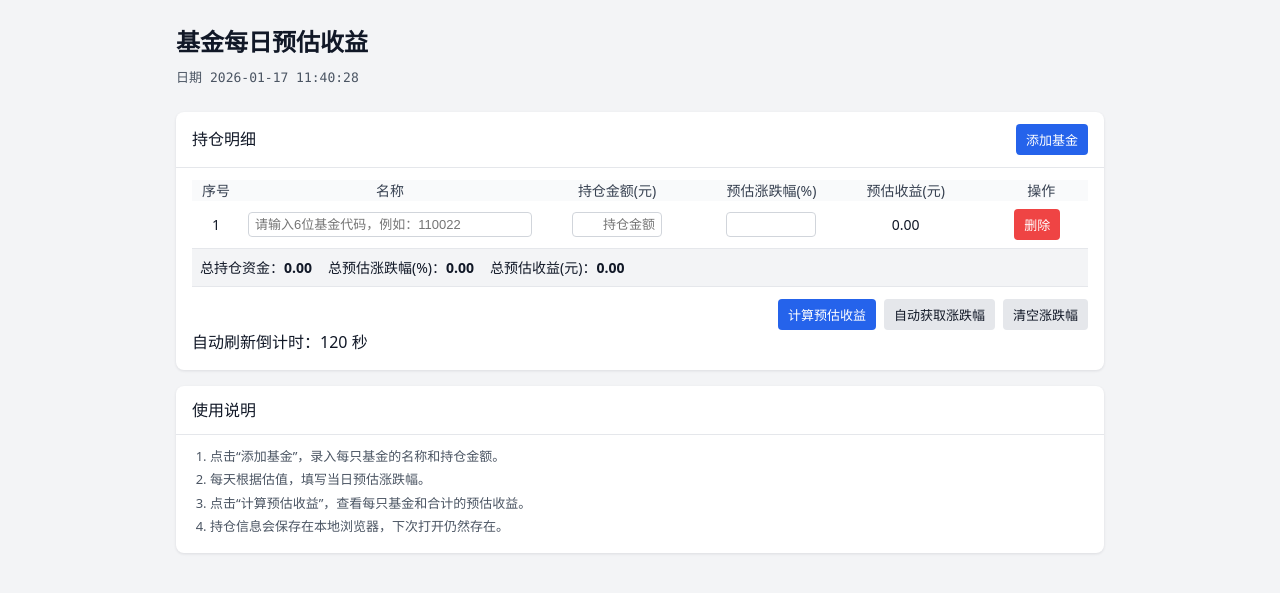
Repository: zt-boom/finance
Page: index.html
These files come from the project's save history. The page is drawn as it stood at one moment and after the next save; the edit follows.
The browser window is 1280 px wide. The pictures show the whole page.

Above is the page before, as saved 2026-01-17 14:05:38.

### index.html
<!DOCTYPE html>
<html lang="zh-CN">
<head>
<meta charset="UTF-8">
<title>基金每日预估收益</title>
<meta name="viewport" content="width=device-width,initial-scale=1">
<link rel="stylesheet" href="./style.css">
</head>
<body>
<div class="app">
<header class="app-header">
<h1>基金每日预估收益</h1>
<div class="date-row">
<span>日期</span>
<span id="current-date"></span>
</div>
</header>
<main class="app-main">
<section class="card">
<div class="card-header">
<h2>持仓明细</h2>
<button id="add-fund-btn" class="primary-button">添加基金</button>
</div>
<div class="card-body">
<div class="table-wrapper">
<table class="fund-table">
<thead>
<tr>
<th class="index-col">序号</th>
<th>名称</th>
<th>持仓金额(元)</th>
<th>预估涨跌幅(%)</th>
<th>预估收益(元)</th>
<th>操作</th>
</tr>
</thead>
<tbody id="fund-table-body"></tbody>
<tfoot>
<tr class="summary-row">
<td colspan="6">
<div class="summary-items">
<div class="summary-left">
<span>总持仓资金：<strong id="total-amount">0.00</strong></span>
<span>总预估涨跌幅(%)：<strong id="total-percent">0.00</strong></span>
<span>总预估收益(元)：<strong id="total-profit">0.00</strong></span>
</div>
</div>
</td>
</tr>
</tfoot>
</table>
</div>
<div class="actions-row">
<button id="calculate-btn" class="primary-button">计算预估收益</button>
<button id="fetch-percent-btn" class="secondary-button">自动获取涨跌幅</button>
<button id="reset-percentage-btn" class="secondary-button">清空涨跌幅</button>
</div>
<div class="auto-refresh-info">
<span>自动刷新倒计时：<span id="auto-refresh-countdown">120</span> 秒</span>
</div>
</div>
</section>
<section class="card">
<div class="card-header">
<h2>使用说明</h2>
</div>
<div class="card-body instructions">
<ol>
<li>点击“添加基金”，录入每只基金的名称和持仓金额。</li>
<li>每天根据估值，填写当日预估涨跌幅。</li>
<li>点击“计算预估收益”，查看每只基金和合计的预估收益。</li>
<li>持仓信息会保存在本地浏览器，下次打开仍然存在。</li>
</ol>
</div>
</section>
</main>
</div>
<script src="./main.js"></script>
</body>
</html>

### style.css
* {
box-sizing: border-box;
margin: 0;
padding: 0;
}

body {
font-family: system-ui, -apple-system, BlinkMacSystemFont, "Segoe UI", sans-serif;
background-color: #f3f4f6;
color: #111827;
line-height: 1.5;
}

.app {
max-width: 960px;
margin: 0 auto;
padding: 24px 16px 40px;
}

.app-header {
display: flex;
flex-direction: column;
gap: 8px;
margin-bottom: 24px;
}

.app-header h1 {
font-size: 24px;
font-weight: 600;
color: #111827;
}

.date-row {
display: flex;
gap: 8px;
align-items: center;
font-size: 13px;
color: #4b5563;
}

.date-row span:last-child {
font-family: ui-monospace, SFMono-Regular, Menlo, Monaco, Consolas, "Liberation Mono", "Courier New", monospace;
font-variant-numeric: tabular-nums;
}

.app-main {
display: flex;
flex-direction: column;
gap: 16px;
}

.card {
background-color: #ffffff;
border-radius: 8px;
box-shadow: 0 1px 3px rgba(15, 23, 42, 0.1);
overflow: hidden;
}

.card-header {
display: flex;
justify-content: space-between;
align-items: center;
padding: 12px 16px;
border-bottom: 1px solid #e5e7eb;
}

.card-header h2 {
font-size: 16px;
font-weight: 500;
}

.card-body {
padding: 12px 16px 16px;
}

.table-wrapper {
overflow-x: auto;
margin-bottom: 12px;
}

.fund-table {
width: 100%;
border-collapse: collapse;
font-size: 14px;
}

.fund-table td {
border-bottom: 1px solid #e5e7eb;
padding: 8px;
text-align: left;
}

.fund-table th.index-col,
.fund-table td[data-role="row-index"] {
width: 48px;
text-align: center;
}

.fund-table td:nth-child(3),
.fund-table td:nth-child(4) {
text-align: center;
}

.fund-table td:nth-child(5),
.fund-table td:nth-child(6) {
text-align: center;
}

.fund-table thead {
background-color: #f9fafb;
}

.fund-table th {
font-weight: 500;
color: #374151;
text-align: center;
}

.fund-table tbody tr:nth-child(even) {
background-color: #f9fafb;
}

.fund-table input {
width: 100%;
padding: 4px 6px;
font-size: 13px;
border-radius: 4px;
border: 1px solid #d1d5db;
outline: none;
text-align: right;
}

.fund-table input.narrow-number-input {
width: 90px;
margin: 0 auto;
}

.fund-table td:nth-child(2) input {
text-align: left;
}

.fund-table th:nth-child(6),
.fund-table td:nth-child(6) {
padding-left: 32px;
}

.fund-table input[type="number"]::-webkit-outer-spin-button,
.fund-table input[type="number"]::-webkit-inner-spin-button {
-webkit-appearance: none;
margin: 0;
}

.fund-table input[type="number"] {
-moz-appearance: textfield;
}

.fund-table input:focus {
border-color: #2563eb;
box-shadow: 0 0 0 1px rgba(37, 99, 235, 0.2);
}

.value-positive {
color: #ef4444;
}

.value-negative {
color: #10b981;
}

.value-zero {
color: #6b7280;
}

.summary-row td {
font-weight: 600;
color: #111827;
background-color: #f3f4f6;
}

.summary-items {
display: flex;
flex-wrap: wrap;
gap: 4px 16px;
justify-content: flex-start;
align-items: center;
}

.summary-items span {
font-weight: 500;
white-space: nowrap;
}

.summary-left {
display: flex;
flex-wrap: wrap;
gap: 4px 16px;
align-items: center;
}

.primary-button,
.secondary-button,
.danger-button {
border-radius: 4px;
border: none;
cursor: pointer;
font-size: 13px;
padding: 6px 10px;
display: inline-flex;
align-items: center;
justify-content: center;
}

.primary-button {
background-color: #2563eb;
color: #ffffff;
}

.primary-button:hover {
background-color: #1d4ed8;
}

.secondary-button {
background-color: #e5e7eb;
color: #111827;
}

.secondary-button:hover {
background-color: #d1d5db;
}

.danger-button {
background-color: #ef4444;
color: #ffffff;
}

.danger-button:hover {
background-color: #dc2626;
}

.actions-row {
display: flex;
flex-wrap: wrap;
gap: 8px;
margin-top: 4px;
justify-content: flex-end;
}

.instructions {
font-size: 13px;
color: #4b5563;
}

.instructions ol {
padding-left: 18px;
display: flex;
flex-direction: column;
gap: 4px;
}

@media (max-width: 640px) {
.app {
padding-inline: 12px;
}
.card-header {
flex-direction: column;
gap: 8px;
align-items: flex-start;
}
}

### main.js
const STORAGE_KEY = "fund_holdings_v1";

function formatCurrency(value) {
if (Number.isNaN(value)) return "0.00";
return value.toFixed(2);
}

function formatNumber(value) {
if (Number.isNaN(value)) return "";
return value.toFixed(2);
}

function getTodayDateString() {
const now = new Date();
const year = String(now.getFullYear());
const month = String(now.getMonth() + 1).padStart(2, "0");
const day = String(now.getDate()).padStart(2, "0");
const hours = String(now.getHours()).padStart(2, "0");
const minutes = String(now.getMinutes()).padStart(2, "0");
const seconds = String(now.getSeconds()).padStart(2, "0");
return `${year}-${month}-${day} ${hours}:${minutes}:${seconds}`;
}

const fundJsonpRequests = [];

function ensureJsonpHandler() {
if (window._fundJsonpInitialized) {
return;
}
window._fundJsonpInitialized = true;
window.jsonpgz = function (data) {
if (!data || !data.fundcode) {
return;
}
const code = data.fundcode;
while (true) {
let index = -1;
for (let i = 0; i < fundJsonpRequests.length; i += 1) {
if (fundJsonpRequests[i].code === code) {
index = i;
break;
}
}
if (index === -1) {
break;
}
const request = fundJsonpRequests.splice(index, 1)[0];
try {
const value = request.transform ? request.transform(data) : data;
request.resolve(value);
} catch (e) {
if (request.reject) {
if (e instanceof Error) {
request.reject(e);
} else {
request.reject(new Error("解析基金数据失败"));
}
}
}
}
};
}

function fetchFundEstimate(code) {
return new Promise((resolve, reject) => {
if (!code) {
reject(new Error("缺少基金代码"));
return;
}
ensureJsonpHandler();
fundJsonpRequests.push({
code,
resolve,
reject,
transform: data => {
const percent = parseFloat(data.gszzl);
if (Number.isNaN(percent)) {
throw new Error("无效的涨跌幅数据");
}
return percent;
}
});
const script = document.createElement("script");
script.src = `https://fundgz.1234567.com.cn/js/${code}.js?rt=${Date.now()}`;
script.onerror = () => {
for (let i = 0; i < fundJsonpRequests.length; i += 1) {
if (fundJsonpRequests[i].code === code) {
const request = fundJsonpRequests.splice(i, 1)[0];
request.reject(new Error("获取基金数据失败"));
break;
}
}
};
document.body.appendChild(script);
});
}

function fetchFundInfo(code) {
return new Promise((resolve, reject) => {
if (!code) {
reject(new Error("缺少基金代码"));
return;
}
ensureJsonpHandler();
fundJsonpRequests.push({
code,
resolve,
reject,
transform: data => data
});
const script = document.createElement("script");
script.src = `https://fundgz.1234567.com.cn/js/${code}.js?rt=${Date.now()}`;
script.onerror = () => {
for (let i = 0; i < fundJsonpRequests.length; i += 1) {
if (fundJsonpRequests[i].code === code) {
const request = fundJsonpRequests.splice(i, 1)[0];
request.reject(new Error("获取基金数据失败"));
break;
}
}
};
document.body.appendChild(script);
});
}

function parseFundCodeFromName(name) {
if (!name) return null;
const match = name.match(/(\d{6})/);
if (!match) {
return null;
}
return match[1];
}

function loadHoldingsFromStorage() {
try {
const raw = window.localStorage.getItem(STORAGE_KEY);
if (!raw) return [];
const parsed = JSON.parse(raw);
if (!Array.isArray(parsed)) return [];
return parsed;
} catch (e) {
return [];
}
}

function saveHoldingsToStorage(holdings) {
try {
const serialized = JSON.stringify(holdings);
window.localStorage.setItem(STORAGE_KEY, serialized);
} catch (e) {
}
}

function createTableRow(fund) {
const tr = document.createElement("tr");
const indexTd = document.createElement("td");
const nameTd = document.createElement("td");
const amountTd = document.createElement("td");
const percentTd = document.createElement("td");
const profitTd = document.createElement("td");
const actionsTd = document.createElement("td");
const nameInput = document.createElement("input");
nameInput.type = "text";
nameInput.value = fund.name || "";
nameInput.placeholder = "请输入6位基金代码，例如：110022";
nameInput.addEventListener("change", handleStorageUpdate);
nameInput.addEventListener("keydown", event => {
if (event.key === "Enter") {
event.preventDefault();
const raw = nameInput.value.trim();
const code = parseFundCodeFromName(raw);
if (!code) {
window.alert("请先输入6位基金代码");
return;
}
const rows = document.querySelectorAll('tr[data-role="fund-row"]');
let duplicate = false;
rows.forEach(row => {
const inputs = row.querySelectorAll("input");
const otherNameInput = inputs[0];
if (!otherNameInput || otherNameInput === nameInput) {
return;
}
const otherCode = parseFundCodeFromName(otherNameInput.value.trim());
if (otherCode && otherCode === code) {
duplicate = true;
}
});
if (duplicate) {
window.alert("该基金代码已存在，请不要重复添加");
return;
}
nameInput.disabled = true;
fetchFundInfo(code).then(data => {
nameInput.disabled = false;
if (!data || !data.name) {
window.alert("未能获取基金名称，请检查基金代码");
return;
}
nameInput.value = `${code}  ${data.name}`;
handleStorageUpdate();
}).catch(() => {
nameInput.disabled = false;
window.alert("未能获取基金名称，请检查基金代码或网络连接");
});
}
});
const amountInput = document.createElement("input");
amountInput.type = "number";
amountInput.step = "0.01";
amountInput.min = "0";
amountInput.value = fund.amount != null ? String(fund.amount) : "";
amountInput.placeholder = "持仓金额";
amountInput.addEventListener("change", handleStorageUpdate);
const percentInput = document.createElement("input");
percentInput.type = "number";
percentInput.step = "0.01";
percentInput.placeholder = "";
amountInput.className = "narrow-number-input";
percentInput.className = "narrow-number-input";
const profitSpan = document.createElement("span");
profitSpan.textContent = "0.00";
const deleteButton = document.createElement("button");
deleteButton.textContent = "删除";
deleteButton.className = "danger-button";
deleteButton.addEventListener("click", () => {
const inputs = tr.querySelectorAll("input");
const nameValue = inputs[0] ? inputs[0].value.trim() : "";
const amountValue = inputs[1] ? inputs[1].value.trim() : "";
const percentValue = inputs[2] ? inputs[2].value.trim() : "";
const isEmptyRow = !nameValue && !amountValue && !percentValue;
if (!isEmptyRow) {
const confirmed = window.confirm("确定要删除这条持仓记录吗？");
if (!confirmed) {
return;
}
}
tr.remove();
handleStorageUpdate();
calculateProfit();
updateRowIndices();
});
indexTd.dataset.role = "row-index";
profitTd.dataset.role = "profit-cell";
nameTd.appendChild(nameInput);
amountTd.appendChild(amountInput);
percentTd.appendChild(percentInput);
profitTd.appendChild(profitSpan);
actionsTd.appendChild(deleteButton);
tr.appendChild(indexTd);
tr.appendChild(nameTd);
tr.appendChild(amountTd);
tr.appendChild(percentTd);
tr.appendChild(profitTd);
tr.appendChild(actionsTd);
tr.dataset.role = "fund-row";
return tr;
}

function readHoldingsFromTable() {
const rows = document.querySelectorAll('tr[data-role="fund-row"]');
const holdings = [];
rows.forEach(row => {
const inputs = row.querySelectorAll("input");
const nameInput = inputs[0];
const amountInput = inputs[1];
const name = nameInput.value.trim();
const amount = parseFloat(amountInput.value);
if (!name && (Number.isNaN(amount) || amount <= 0)) {
return;
}
holdings.push({
name,
amount: Number.isNaN(amount) ? 0 : amount
});
});
return holdings;
}

function handleStorageUpdate() {
const holdings = readHoldingsFromTable();
saveHoldingsToStorage(holdings);
}

function populateTableFromStorage() {
const tbody = document.getElementById("fund-table-body");
tbody.innerHTML = "";
const holdings = loadHoldingsFromStorage();
if (holdings.length === 0) {
const row = createTableRow({ name: "", amount: null });
tbody.appendChild(row);
updateRowIndices();
return;
}
holdings.forEach(fund => {
const row = createTableRow(fund);
tbody.appendChild(row);
});
updateRowIndices();
}

function calculateProfit() {
const rows = document.querySelectorAll('tr[data-role="fund-row"]');
let totalProfit = 0;
let totalHoldingAmount = 0;
let activeAmount = 0;
rows.forEach(row => {
const inputs = row.querySelectorAll("input");
const amountInput = inputs[1];
const percentInput = inputs[2];
const amount = parseFloat(amountInput.value);
const percent = parseFloat(percentInput.value);
const profitCell = row.querySelector('td[data-role="profit-cell"] span');
if (!Number.isNaN(amount)) {
totalHoldingAmount += amount;
}
if (Number.isNaN(amount) || Number.isNaN(percent)) {
profitCell.textContent = "0.00";
applyProfitColor(profitCell, 0);
return;
}
const profit = amount * percent / 100;
totalProfit += profit;
activeAmount += amount;
profitCell.textContent = formatCurrency(profit);
applyProfitColor(profitCell, profit);
});
const totalAmountElement = document.getElementById("total-amount");
const totalPercentElement = document.getElementById("total-percent");
if (totalAmountElement) {
totalAmountElement.textContent = formatCurrency(totalHoldingAmount);
}
if (totalPercentElement) {
const totalPercent = activeAmount > 0 ? (totalProfit / activeAmount) * 100 : 0;
totalPercentElement.textContent = formatCurrency(totalPercent);
}
const totalProfitElement = document.getElementById("total-profit");
totalProfitElement.textContent = formatCurrency(totalProfit);
applyProfitColor(totalProfitElement, totalProfit);
}

function resetPercentages() {
const rows = document.querySelectorAll('tr[data-role="fund-row"]');
rows.forEach(row => {
const inputs = row.querySelectorAll("input");
const percentInput = inputs[2];
const profitCell = row.querySelector('td[data-role="profit-cell"] span');
percentInput.value = "";
profitCell.textContent = "0.00";
applyProfitColor(profitCell, 0);
});
const totalProfitElement = document.getElementById("total-profit");
totalProfitElement.textContent = "0.00";
applyProfitColor(totalProfitElement, 0);
const totalPercentElement = document.getElementById("total-percent");
if (totalPercentElement) {
totalPercentElement.textContent = "0.00";
}
const totalAmountElement = document.getElementById("total-amount");
if (totalAmountElement) {
let totalAmount = 0;
const rows = document.querySelectorAll('tr[data-role="fund-row"]');
rows.forEach(row => {
const inputs = row.querySelectorAll("input");
const amountInput = inputs[1];
const amount = parseFloat(amountInput.value);
if (!Number.isNaN(amount)) {
totalAmount += amount;
}
});
totalAmountElement.textContent = formatCurrency(totalAmount);
}
}


function autoFetchPercentages(options) {
const useButton = !options || options.useButton !== false;
const showAlert = !options || options.showAlert !== false;
const rows = document.querySelectorAll('tr[data-role="fund-row"]');
const promises = [];
rows.forEach(row => {
const inputs = row.querySelectorAll("input");
const nameInput = inputs[0];
const percentInput = inputs[2];
const name = nameInput ? nameInput.value.trim() : "";
const code = parseFundCodeFromName(name);
if (!code) {
return;
}
const promise = fetchFundEstimate(code).then(percent => {
const value = formatNumber(percent);
percentInput.value = value;
return true;
}).catch(() => false);
promises.push(promise);
});
if (promises.length === 0) {
if (showAlert) {
window.alert("请先在名称中输入包含6位基金代码的内容");
}
return;
}
const fetchButton = useButton ? document.getElementById("fetch-percent-btn") : null;
if (fetchButton) {
fetchButton.disabled = true;
fetchButton.textContent = "正在获取...";
}
Promise.all(promises).then(results => {
const successCount = results.filter(Boolean).length;
if (fetchButton) {
fetchButton.disabled = false;
fetchButton.textContent = "自动获取涨跌幅";
}
if (successCount === 0) {
if (showAlert) {
window.alert("未能获取任何基金的预估涨跌幅，请检查基金代码或网络连接");
}
return;
}
calculateProfit();
});
}

function applyProfitColor(element, value) {
if (!element) {
return;
}
element.classList.remove("value-positive", "value-negative", "value-zero");
if (Number.isNaN(value)) {
return;
}
if (value > 0) {
element.classList.add("value-positive");
} else if (value < 0) {
element.classList.add("value-negative");
} else {
element.classList.add("value-zero");
}
}

function initApp() {
const dateElement = document.getElementById("current-date");
if (dateElement) {
dateElement.textContent = getTodayDateString();
}
populateTableFromStorage();
const addFundButton = document.getElementById("add-fund-btn");
const calculateButton = document.getElementById("calculate-btn");
const resetPercentageButton = document.getElementById("reset-percentage-btn");
const fetchPercentButton = document.getElementById("fetch-percent-btn");
if (addFundButton) {
addFundButton.addEventListener("click", () => {
const tbody = document.getElementById("fund-table-body");
const row = createTableRow({ name: "", amount: null });
tbody.appendChild(row);
updateRowIndices();
});
}
if (calculateButton) {
calculateButton.addEventListener("click", () => {
calculateProfit();
handleStorageUpdate();
});
}
if (resetPercentageButton) {
resetPercentageButton.addEventListener("click", () => {
const confirmed = window.confirm("确定要清空所有基金的当日预估涨跌幅和预估收益吗？");
if (!confirmed) {
return;
}
resetPercentages();
});
}
if (fetchPercentButton) {
fetchPercentButton.addEventListener("click", () => {
autoFetchPercentages({ useButton: true, showAlert: true });
});
}
setInterval(() => {
autoFetchPercentages({ useButton: false, showAlert: false });
}, 120000);
}

function updateRowIndices() {
const rows = document.querySelectorAll('tr[data-role="fund-row"]');
rows.forEach((row, index) => {
const indexCell = row.querySelector('td[data-role="row-index"]');
if (indexCell) {
indexCell.textContent = String(index + 1);
}
});
}

if (document.readyState === "loading") {
document.addEventListener("DOMContentLoaded", initApp);
} else {
initApp();
}

After the next save:
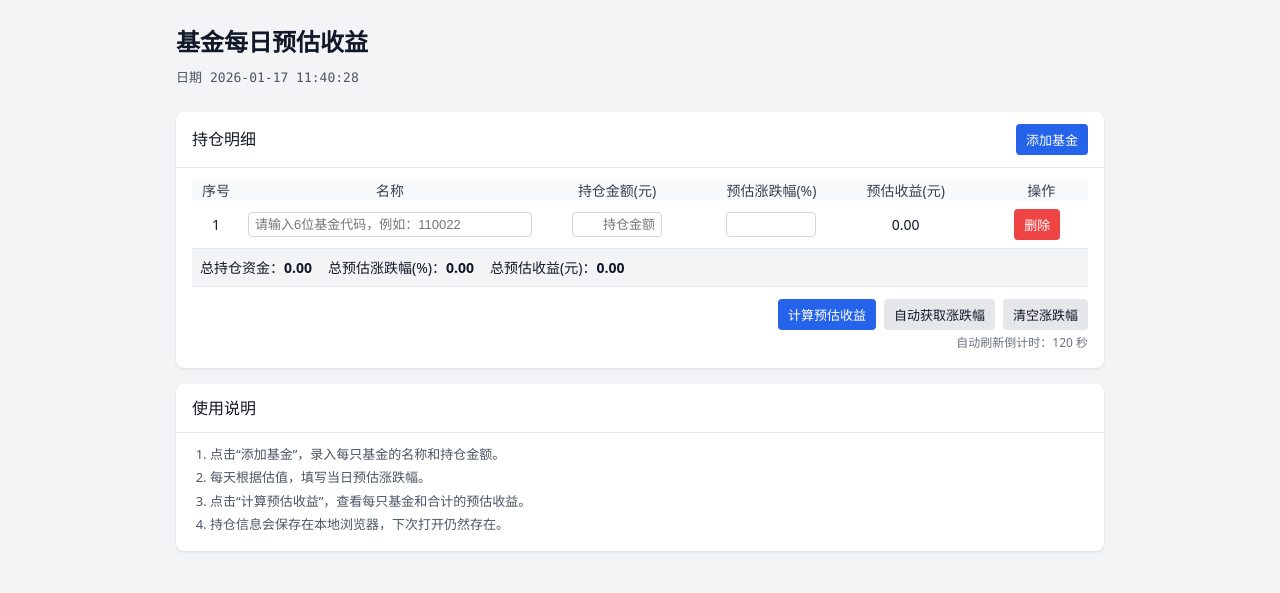
Saved 8 s later.
--- a/style.css
+++ b/style.css
@@ -245,6 +245,13 @@ margin-top: 4px;
 justify-content: flex-end;
 }
 
+.auto-refresh-info {
+margin-top: 4px;
+font-size: 12px;
+color: #6b7280;
+text-align: right;
+}
+
 .instructions {
 font-size: 13px;
 color: #4b5563;
